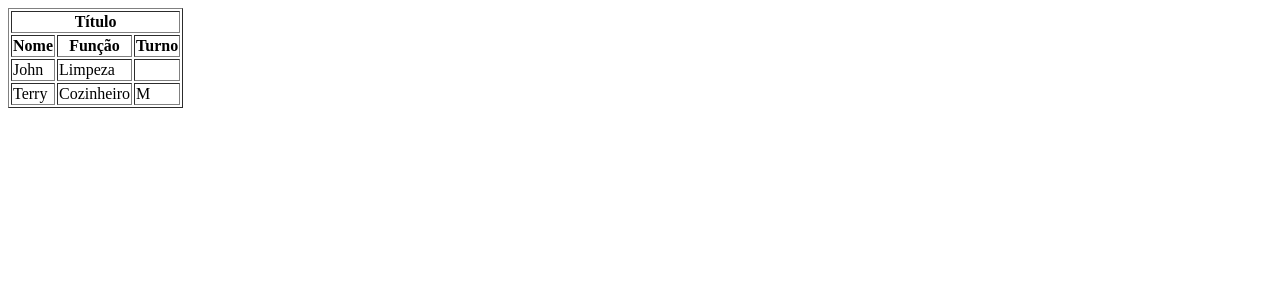
Repository: AndreiLGomes/faculdade
Page: 2 ano/WorkspaceTrilhaWeb/ProjetoTrilhaWeb/src/main/webapp/teste.html
The author's editor kept a copy of each file at every save. The page is drawn from the files as they stood at one save, then again after the next save.
The browser window is 1280 px wide. The pictures show the whole page.

Above is the page before, as saved 2024-04-08 22:05:17.

### 2 ano/WorkspaceTrilhaWeb/ProjetoTrilhaWeb/src/main/webapp/teste.html
<table border="1">
	<tr>
		<th colspan="3">Título</th>
	</tr>
	<tr>
		<th>Nome</th>
		<th>Função</th>
		<th>Turno</th>
	</tr>
	<tr>
		<td>John</td>
		<td>Limpeza</td>
		<td></td>
	</tr>
	<tr>
		<td>Terry</td>
		<td>Cozinheiro</td>
		<td>M</td>
	</tr>
</table>

After the next save:
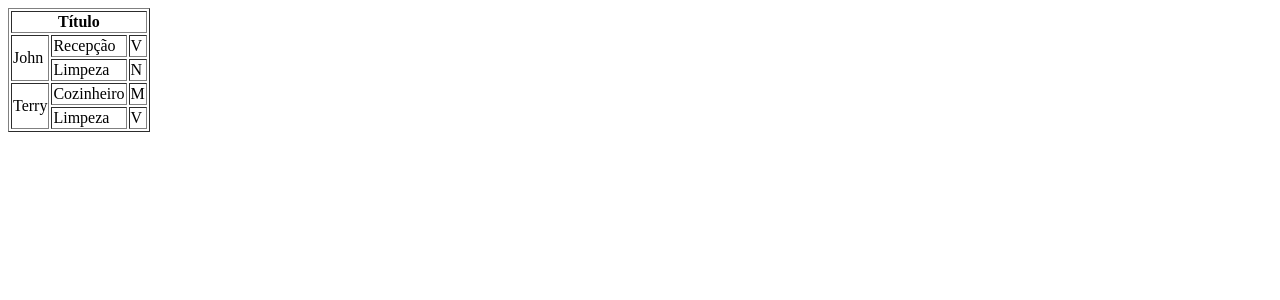
Saved 102 s later.
--- a/2 ano/WorkspaceTrilhaWeb/ProjetoTrilhaWeb/src/main/webapp/teste.html
+++ b/2 ano/WorkspaceTrilhaWeb/ProjetoTrilhaWeb/src/main/webapp/teste.html
@@ -1,20 +1,21 @@
 <table border="1">
 	<tr>
 		<th colspan="3">Título</th>
+	<tr>
+		<td rowspan="2">John</td>
+		<td>Recepção</td>
+		<td>V</td>
 	</tr>
 	<tr>
-		<th>Nome</th>
-		<th>Função</th>
-		<th>Turno</th>
+		<td>Limpeza</td>
+		<td>N</td>
 	</tr>
 	<tr>
-		<td>John</td>
-		<td>Limpeza</td>
-		<td></td>
-	</tr>
-	<tr>
-		<td>Terry</td>
+		<td rowspan="2">Terry</td>
 		<td>Cozinheiro</td>
 		<td>M</td>
 	</tr>
-</table>
+	<tr>
+		<td>Limpeza</td>
+		<td>V</td>
+	</tr>
